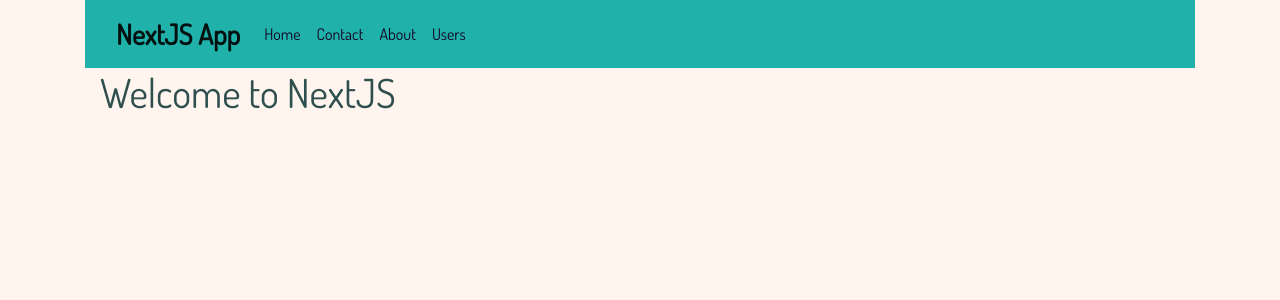
Repository: CaptainStorm21/NextJS-React16
Page: /
These files come from the project's save history. The page is drawn as it stood at one moment and after a run of saves; the edit follows.
The browser window is 1280 px wide. The pictures show the whole page.
The page's requests for data from a server got no answer. The project was rebuilt for these pictures with package versions that can differ from the ones it lists, and the page was loaded fresh each time. The framework's server and built-in components were replaced by stand-ins that run in the browser. No one was signed in, and anything a server would have sent is missing. Also part of the build but not shown: static/css/main.css.

Above is the page before, as saved 2020-06-10 18:05:58.

### pages/index.js
import React, { Component } from "react";
import axios from "axios";
import MainLayout from "../components/layouts/MainLayout";
// import '../styles/main.css'
import MyStyle from '../static/css/main.css';

export default class Home extends Component {
  static async getInitialProps({ pathname, query, asPath, req, res }) {
    let userData;

    try {
      const response = await axios.get(
        "http://jsonplaceholder.typicode.com/users/1"
      );
      userData = response.data;
      // console.log('getting loaded first')
      // console.log(userData)
    } catch {
      console.log("error");
    }
    // const request = axios.get('http://jsonplaceholder.typicode.com/users/1')
    //   .then(response => {
    //                             console.log(response.data)
    //                           })
    // console.log(context);

    console.log(pathname);
    console.log(res);
    console.log(req);

    return {
      user: {
        name: "Francis",
        lastName: "Medici",
      },
      userData,
    };
  }
  constructor(props) {
    super(props);
    // console.log("constructor");
    console.log(this.props.user);
    this.state = {
      user: this.props.user,
      userData: this.props.userData,
    };
  }
  render() {
    console.log(this.props.user);
    console.log(this.state);
    return (
      <>
        <MainLayout>
          <h1 className={MyStyle.superAwesome}>Welcome to NextJS</h1>
        </MainLayout>
      </>
    );
  }
}

### components/layouts/MainLayout.js
import React from "react";
import Header from "../includes/Header";
import Head from "next/head";

const mainLayout = (props) => (
  <>
    <Head>
      <title>Welcomet NextJS App</title>
      <link href="#" rel="stylesheet" />
      <link
        href="https://fonts.googleapis.com/css2?family=Dosis&display=swap"
        rel="stylesheet"
      />
      <link
        href="https://cdnjs.cloudflare.com/ajax/libs/twitter-bootstrap/4.3.1/css/bootstrap.min.css"
        rel="stylesheet"
      />
      <link href="/static/css/styles.css" rel="stylesheet" />
    </Head>
    <div className="mainLayout container">
      <Header />
      <div className="container">{props.children}</div>
    </div>
  </>
);

export default mainLayout;

### components/includes/Header.js
import React, { Component } from "react";
import Link from "next/link";

const Header = () => (
  <>
    <header>
      <div className="container-fluid">
        <nav className="navbar navbar-default navbar-expand-sm navbar-light">
          <Link href="/">
            <a className="navbar-brand">NextJS App</a>
          </Link>

          <div className="collapse navbar-collapse ">
            <div className="navbar-nav">
              <Link href="/">
                <a className="nav-item nav-link">Home</a>
              </Link>
              <Link href="/contact">
                <a className="nav-item nav-link">Contact</a>
              </Link>
              <Link href="/about">
                <a className="nav-item nav-link">About</a>
              </Link>
              <Link href="/users">
                <a className="nav-item nav-link">Users</a>
              </Link>
            </div>
          </div>
        </nav>
      </div>
    </header>
  </>
);

export default Header;

### static/css/styles.css
.contact_static {
  color: green;
  background-color: yellow;
}

header {
  background: #333333;
}

header .navbar-brand {
  color: darkslategrey;
  font-weight: bolder !important;
  font-size:  28px !important;
}

header .navbar-nav .nav-item {
  color: #150222 !important;
}

body {
  font-family: "Dosis", sans-serif;
  background-color:  seashell;
    color: darkslategrey;
    font-size:  16px;
}

header {
  background: lightseagreen;
}

After the next 2 saves:
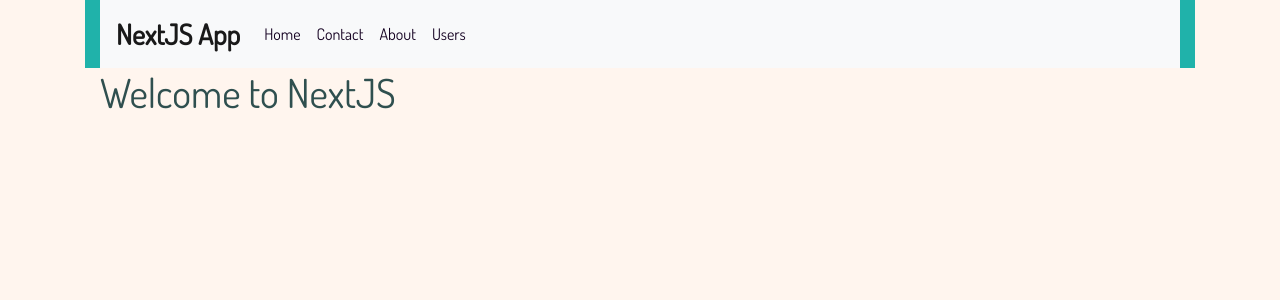
The 2 saves are shown as one change because they came seconds apart.
The last was saved 2 min 5 s later.
--- a/components/includes/Header.js
+++ b/components/includes/Header.js
@@ -5,7 +5,7 @@
   <>
     <header>
       <div className="container-fluid">
-        <nav className="navbar navbar-default navbar-expand-sm navbar-light">
+        <nav class="navbar navbar-expand navbar-light bg-light">
           <Link href="/">
             <a className="navbar-brand">NextJS App</a>
           </Link>

After the save that followed:
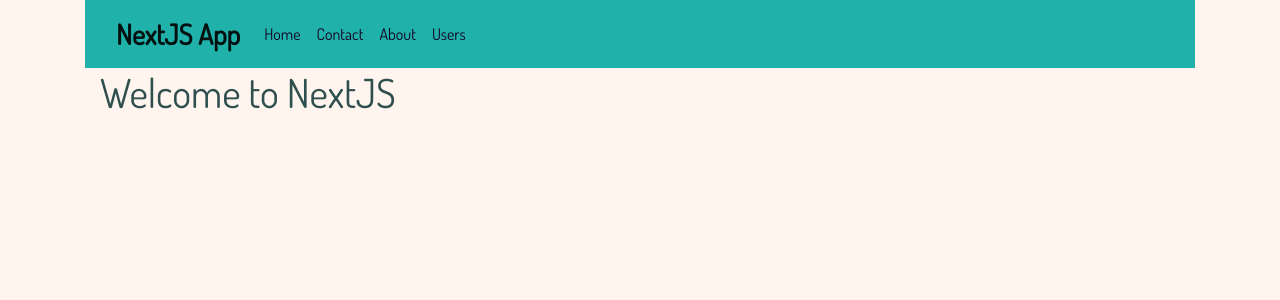
Saved 20 s later.
--- a/components/includes/Header.js
+++ b/components/includes/Header.js
@@ -5,7 +5,7 @@
   <>
     <header>
       <div className="container-fluid">
-        <nav class="navbar navbar-expand navbar-light bg-light">
+        <nav class="navbar navbar-expand navbar-light">
           <Link href="/">
             <a className="navbar-brand">NextJS App</a>
           </Link>
